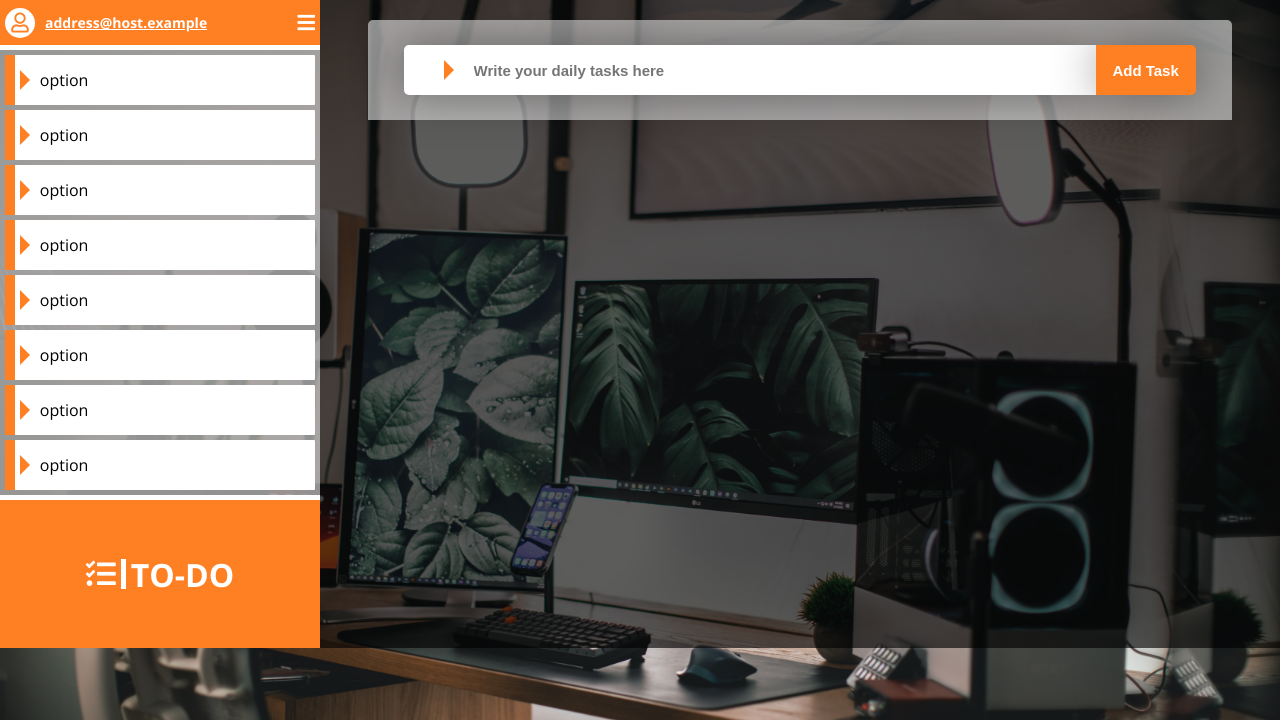
Repository: OmarEssameldinMousa/To-do-list-level01
Page: index.html
These files come from the project's save history. The page is drawn as it stood at one moment and after the next save; the edit follows.
The browser window is 1280 px wide. The pictures show the whole page.

Above is the page before, as saved 2023-08-08 17:15:46.

### index.html
<!DOCTYPE html>
<html lang="en">

<head>
    <meta charset="UTF-8">
    <meta name="viewport" content="width=device-width, initial-scale=1.0">
    <title>ToDo</title>
    <link rel="stylesheet" href="main.css">
    <link rel="preconnect" href="https://fonts.gstatic.com" />
    <link rel="stylesheet" href="css/all.min.css">
    <link href="https://fonts.googleapis.com/css2?family=Open+Sans:wght@400;700&display=swap" rel="stylesheet" />
</head>

<body>
    <div class="dashboard">
        <div class="nav">
            <div class="navigation">
                <div class="profile">
                    <div class="profile-pic">
                        <i class="fa-regular fa-user"></i>
                    </div>
                    <h3>address@host.example</h3>
                    <i class="fa-solid fa-bars" style="color: #ffffff;"></i>
                    <i class="fa-solid fa-bars second" style="color: #ffffff;"></i>
                    <!-- <i class="fa-solid fa-arrow-right" style="color: #ffffff;"></i>
                    <i class="fa-solid fa-arrow-left" style="color: #ffffff;"></i> -->
                </div>
                <ul>
                    <li>
                        <span class="toggle"></span>
                        <span class="title">option</span>
                    </li>
                    <li>
                        <span class="toggle"></span>
                        <span class="title">option</span>
                    </li>
                    <li>
                        <span class="toggle"></span>
                        <span class="title">option</span>
                    </li>
                    <li>
                        <span class="toggle"></span>
                        <span class="title">option</span>
                    </li>
                    <li>
                        <span class="toggle"></span>
                        <span class="title">option</span>
                    </li>
                    <li>
                        <span class="toggle"></span>
                        <span class="title">option</span>
                    </li>
                    <li>
                        <span class="toggle"></span>
                        <span class="title">option</span>
                    </li>
                    <li>
                        <span class="toggle"></span>
                        <span class="title">option</span>
                    </li>
                </ul>
                <div class="footer">
                    <i class="fa-solid fa-list-check"></i>
                    <span></span>
                    <h1>TO-DO</h1>
                </div>
            </div>
        </div>
        <div class="workstation">
            <div class="container">
                <div class="form">
                    <div>
                        <span></span>
                        <input type="text" class="input" placeholder="Write your daily tasks here">
                    </div>
                    <input type="submit" class="add" value="Add Task">
                </div>
                <!-- separator -->
                <div class="tasks">
                    <div class="tasks-numbers">

                    </div>
                    <div class="tasks-container">

                    </div>
                </div>
            </div>
        </div>
    </div>
    <script src="main.js"></script>
</body>

</html>

### main.css
:root {
    --main-color: rgba(235, 235, 235, 0.6);
    --secondery-color: #ff7f23;
}

* {
    -webkit-box-sizing: border-box;
    -moz-box-sizing: border-box;
    box-sizing: border-box;
    padding: 0;
    margin: 0;
}

body {
    font-family: "Open Sans", sans-serif;
    background-image: url(backgroundimage.jpg);
    background-repeat: no-repeat;
    background-size: cover;
    position: relative;
    height: 100%;
}

body::before {
    content: "";
    width: 100%;
    height: 100%;
    background-color: rgba(0, 0, 0, 0.629);
    position: absolute;
    top: 0;
    left: 0;
    z-index: -1;
}

ul {
    list-style: none;
}


.dashboard {
    display: flex;
    height: 100%;
    width: 100%;
    column-gap: 0px;
}

.nav {
    /* min-width: 25%; */
    width: 25%;
    height: 100%;
    position: relative;
}

.nav .navigation {
    height: 100%;
    width: 100%;
    background: var(--main-color);
}

.nav .navigation .profile {
    width: 100%;
    height: 50px;
    background-color: var(--secondery-color);
    display: flex;
    align-items: center;
    border-bottom: 5px solid white;
}

.nav .navigation .profile .profile-pic {
    border-radius: 50%;
    background-color: white;
    height: 30px;
    width: 30px;
    display: flex;
    align-items: center;
    justify-content: center;
    margin-left: 5px;

}

.nav .navigation .profile i {
    font-size: 20px;
    color: var(--secondery-color);
}

.nav .navigation .profile h3 {
    font-size: 14px;
    padding-left: 10px;
    text-decoration: underline;
    color: white;
}

.nav .navigation ul {
    width: 97%;
    margin: auto;
    margin-top: 5px;
}

.nav .navigation ul li {
    padding: 5px;
    height: 50px;
    background-color: white;
    margin-bottom: 5px;
    border-radius: 1px;
    border-left: 10px solid #ff7f23;
    display: flex;
    align-items: center;
    transition: 0.3s;

}


.nav .navigation ul li:hover .toggle {
    padding-left: 10px;
}

.navigation .footer {
    width: 100%;
    height: 153px;
    background-color: #ff7f23;
    display: flex;
    align-items: center;
    justify-content: center;
    border-top: 5px solid white;
    column-gap: 5px;
}

.navigation .footer i {
    font-size: 30px;
    color: white;
}

.navigation .footer h1 {
    color: white;
}

.navigation .footer span {
    height: 30px;
    width: 5px;
    background-color: white;
}

li .toggle {
    border: 10px solid var(--secondery-color);
    border-color: transparent transparent transparent #ff7f23;
    transition: 0.3s;
}

.workstation {
    width: 76%;
    height: 100%;
    position: relative;
    flex: 1;
}

.container {
    width: 100%;
    min-height: 50px;
    background-color: transparent;
    z-index: 1;
    position: absolute;
}

.container .form {
    width: 90%;
    height: 100px;
    background-color: var(--main-color);
    margin: 20px auto;
    border-top-right-radius: 5px;
    border-top-left-radius: 5px;
    text-align: center;
    position: relative;
    display: flex;
    justify-content: center;
    align-items: center;
}

.container .tasks {
    width: 90%;
    background-color: var(--main-color);
    margin: 20px auto;
    display: flex;
    border-bottom-left-radius: 5px;
    border-bottom-right-radius: 5px;
}

.container .form .input,
.container .form .add {
    display: block;
    height: 50px;
}

.container .form div {
    width: 80%;
    border-bottom-left-radius: 5px;
    border-top-left-radius: 5px;
    border: 0px solid;
    box-shadow: -5px 0 50px 0px #00000073;
    background-color: white;
    display: flex;
    justify-content: flex-end;
    align-items: center;
}

.container .form div span {
    border: 10px solid #ff7f23;
    border-color: transparent transparent transparent #ff7f23;
    margin-right: 10px;
}

.container .form div .input {
    outline: 0;
    font-size: 15px;
    border: 0px solid;
    font-weight: bold;
    width: 90%;
}

.container .form .add {
    width: 100px;
    border: 0px solid;
    background-color: #ff7f23;
    color: white;
    font-weight: bold;
    font-size: 15px;
    border-bottom-right-radius: 5px;
    border-top-right-radius: 5px;
    box-shadow: 5px 0 50px 0px #00000073;
}

.container .tasks .tasks-container {
    width: 80%;
    display: flex;
    flex-direction: column;
    align-items: center;
    align-content: center;
    flex: 1;
}

.container .tasks .tasks-container .task {
    width: 80%;
    height: 50px;
    border-radius: 5px;
    border: 0px solid;
    box-shadow: -5px 0 50px 0px #00000073;
    background-color: white;
    margin: 10px 0;
    position: relative;
    display: flex;
    align-items: center;
}

.container .tasks .tasks-container .task i {
    margin-left: 10px;
    margin-right: 10px;
    color: var(--secondery-color);
}


.container .tasks .tasks-container .task::after {
    content: "";
    width: 10%;
    height: 100%;
    background-color: #ff7f23;
    position: absolute;
    top: 0;
    left: 90%;
    z-index: 0;
    border-top-right-radius: 5px;
    border-bottom-right-radius: 5px;
}

.container .tasks .tasks-container .task i:first-of-type {
    position: absolute;
    right: 4%;
    top: 50%;
    transform: translateY(-50%);
    color: white;
    z-index: 1;
    font-size: 20px;
}

.container .tasks .tasks-container .task i:last-of-type {
    position: absolute;
    right: 0%;
    top: 50%;
    transform: translateY(-50%);
    color: white;
    z-index: 1;
    font-size: 20px;
}

.container .tasks .tasks-numbers {
    width: 50px;
    display: flex;
    align-items: center;
    flex-direction: column;
}


.tasks-numbers .repated-line-circle {
    width: 2px;
    height: 70px;
}

.tasks-numbers .line-circle {
    display: flex;
    flex-direction: column;
    width: 100%;
    height: 100%;
    justify-content: space-between;
    align-items: center;
}

.tasks-numbers .line-circle .upper-line {
    width: 100%;
    height: 40%;
    background-color: white;
}

.tasks-numbers .line-circle .circle {
    font-family: 'VT323', monospace;
    width: 20px;
    height: 20px;
    background-color: #ff7f23;
    border-radius: 50%;
    text-align: center;
    position: relative;
    transition: 0.3s;
    animation: gradient-animation 5s infinite alternate;
    border: 1px solid white;
}


.tasks-numbers .line-circle .circle p {
    position: absolute;
    left: 50%;
    top: 50%;
    transform: translate(-50%, -50%);
    font-size: 14px;
    color: white;
}

.line-circle .circle p a {
    text-decoration: none;
}

.tasks-numbers .line-circle .lower-line {
    width: 2px;
    height: 40%;
    background-color: white;
}

.nav .navigation .profile i.fa-solid.fa-bars {
    position: absolute;
    right: 5px;
    display: none;
}

.nav .navigation .profile i.fa-solid.fa-bars.second {
    position: absolute;
    right: 5px;
    display: block;
}

.nav .navigation .profile i.fa-arrow-left {
    position: absolute;
    right: 5px;

}

.nav .navigation .profile i.fa-arrow-right {
    position: absolute;
    right: 5px;
    display: none;
}

@media (max-width: 767px) {
    body {
        background-image: none;
    }

    .dashboard {
        flex-direction: column;
    }

    .nav {
        width: 100%;
        height: 50px;
        z-index: 2;
    }

    .navigation {
        width: 100%;
        position: absolute;
        background-color: #ff7f23;
    }

    .nav .navigation ul {
        width: 100%;
        display: none;
    }

    .nav .navigation ul li {
        border: none;
        margin: 0;
    }

    .navigation .footer {
        display: none;
    }

    .nav .navigation .profile i.fa-solid.fa-bars {
        display: inline-block;
    }
}

/* Small */
@media (min-width: 768px) {}

/* Medium */
@media (min-width: 992px) {}

/* Large */
@media (min-width: 1200px) {}

### main.js
let counter = 1;
let counterarray = [];
let tasksDiv = document.querySelector(".tasks-container");
let tasksnumbersDiv = document.querySelector(".tasks-numbers");
let inputbox = document.querySelector(".input");
let inputboxValue = inputbox.value;
let inputbtn = document.querySelector(".add");
let idtentity = 0;
let list = [];
let menu_bars = document.querySelector("i.fa-solid.fa-bars")
let optionsul = document.querySelector(".nav .navigation ul")
let menu_bars2 = document.querySelector("i.fa-solid.fa-bars.second")
let navdiv = document.querySelector(".nav")

function createTaskDiv_NumberDiv() {
    if (inputbox.value != "") {
        let inputbox = document.querySelector(".input");
        let inputboxValue = inputbox.value;
        counterarray.push(counter);
        // craeting task divs
        let taskDiv = document.createElement("div");
        taskDiv.className = "task";
        let i1 = document.createElement("i");
        i1.className = "fa-regular fa-square-check";
        let i2 = document.createElement("i");
        i2.className = "fa-solid fa-clock";
        let i3 = document.createElement("i");
        i3.className = "fa-regular fa-trash-can";
        i3.setAttribute("index", counterarray.length - 1);
        let tasktitle = document.createElement("h4");
        tasktitle.innerHTML = inputboxValue;
        // nesting all childs under each parent
        tasksDiv.appendChild(taskDiv);
        taskDiv.appendChild(i1);
        taskDiv.appendChild(i2);
        taskDiv.appendChild(i3);
        taskDiv.appendChild(tasktitle);
        //creating the numbering divs
        let repatedlinecircleDiv = document.createElement("div");
        repatedlinecircleDiv.className = "repated-line-circle";
        let linecirclediv = document.createElement("div");
        linecirclediv.className = "line-circle";
        let upperlinediv = document.createElement("div");
        upperlinediv.className = "upper-line";
        let circlediv = document.createElement("div");
        circlediv.className = "circle";
        let circleparacontent = document.createElement("p");
        circleparacontent.innerHTML = `${counterarray.length}`;
        let lowerlinediv = document.createElement("div");
        lowerlinediv.className = "lower-line";
        //nesting all childs under each parent
        tasksnumbersDiv.appendChild(repatedlinecircleDiv);
        repatedlinecircleDiv.appendChild(linecirclediv);
        linecirclediv.appendChild(upperlinediv);
        linecirclediv.appendChild(circlediv);
        circlediv.appendChild(circleparacontent);
        linecirclediv.appendChild(lowerlinediv);
        // after adjustments
        list.push({ "id": idtentity, "title": inputbox.value, });
        window.localStorage.setItem("tasks", JSON.stringify(list));
        inputbox.value = "";
        counter++;
        idtentity++;
        inputbox.focus();
    }
}

inputbtn.addEventListener("click", createTaskDiv_NumberDiv);

document.addEventListener("click", function (e) {
    if (e.target.className === "fa-regular fa-trash-can") {
        let n = 1;
        // deleting from BOM - local storage
        let storedTasks = JSON.parse(window.localStorage.getItem("tasks"))
        storedTasks.filter(a => a.id != e.index);
        list = storedTasks;
        window.localStorage.clear()
        window.localStorage.setItem("tasks", JSON.stringify(storedTasks));
        // deleting from the DOM
        e.target.parentElement.parentElement.previousElementSibling.lastChild.remove();
        counterarray.pop();
        counter--;
        e.target.parentElement.remove();
        document.querySelectorAll(".circle p").forEach(element => {
            element.innerHTML = n;
            n++;
        });
    }
})

menu_bars.addEventListener("click", function () {
    if (optionsul.style.display == "block") {
        optionsul.style.display = "none"
    } else {
        optionsul.style.display = "block"
    }
})

menu_bars2.addEventListener("click", function () {
    if (navdiv.style.cssText == "width: 25%;") {
        navdiv.style.cssText = "width: 3%; overflow: hidden; background-color: orange; height: 100%"
        navdiv.children[0].style.display = "none"
    } else {
        navdiv.style.cssText = "width: 25%;"
    }
})

Loaded but not shown: css/all.min.css (library)

After the next save:
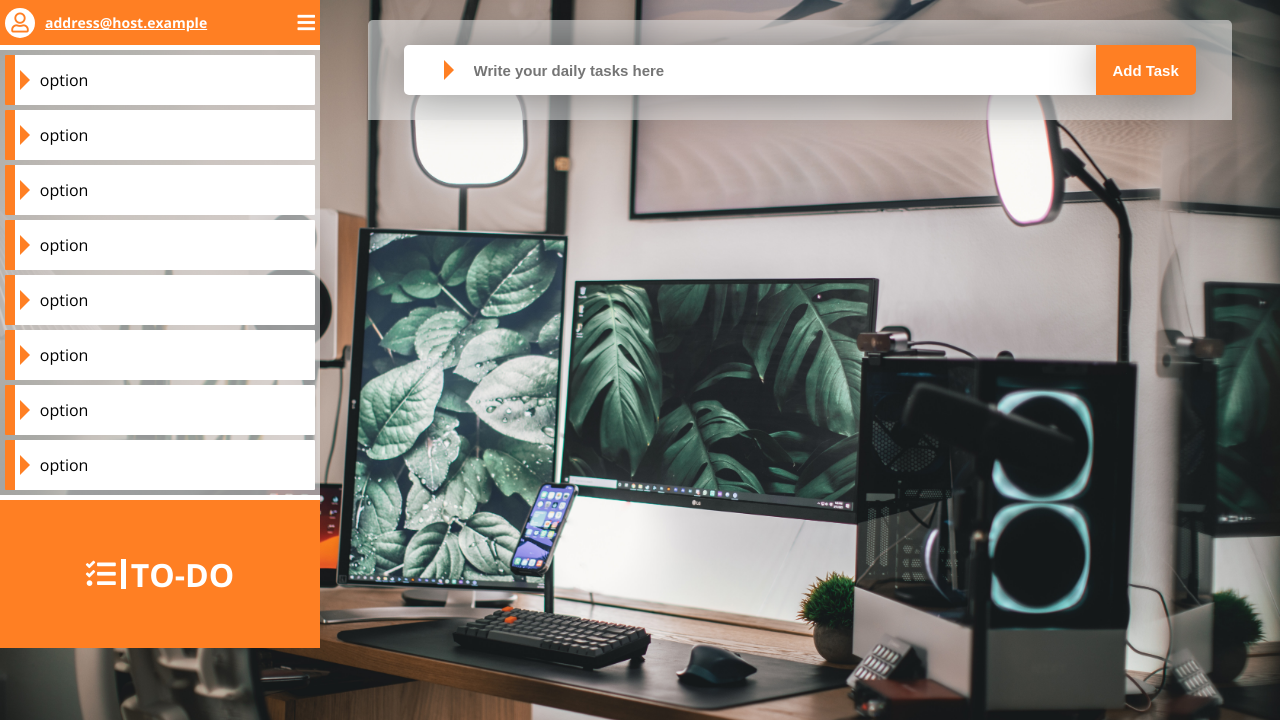
Saved 79 s later.
--- a/main.css
+++ b/main.css
@@ -20,16 +20,6 @@ body {
     height: 100%;
 }
 
-body::before {
-    content: "";
-    width: 100%;
-    height: 100%;
-    background-color: rgba(0, 0, 0, 0.629);
-    position: absolute;
-    top: 0;
-    left: 0;
-    z-index: -1;
-}
 
 ul {
     list-style: none;
